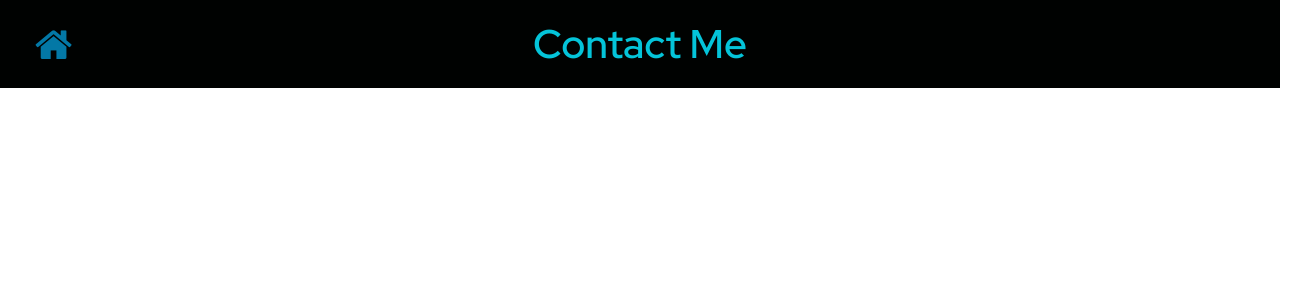
Repository: Brad000/Resume-project
Page: contact.html
The author's editor kept a record of every edit. The page is drawn from the files as they stood at one moment, then again after the next edit.
The browser window is 1280 px wide. The page is 1295 px wide, so the pictures cover 1295 px, including what lies to the right of the window. The pictures show the whole page.

Above is the page before.

### contact.html
<!DOCTYPE html>
<html lang="en">
<head>
    <meta charset="UTF-8">
    <meta name="viewport" content="width=device-width, initial-scale=1.0">
    <meta http-equiv="X-UA-Compatible" content="ie=edge">
    <link rel="stylesheet" href="https://stackpath.bootstrapcdn.com/bootstrap/4.3.1/css/bootstrap.min.css" type="text/css" />
    <link rel="stylesheet" href="https://stackpath.bootstrapcdn.com/font-awesome/4.7.0/css/font-awesome.min.css" type="text/css" />
    <link rel="stylesheet" href="assets/css/style.css" type="text/css" />
    <link rel="stylesheet" href="https://cdnjs.cloudflare.com/ajax/libs/hover.css/2.3.1/css/hover-min.css" type="text/css" />
    <title>Bradley Best - Full Stack Web Developer</title>
</head>
<body>
    <div class="row">
        <div class="col-12">
            <a id="contact-home" href="index.html"><i class="fa fa-home"></i></a><h1 class="contact-heading">Contact Me</h1>
        </div>
    </div>
</body>
</html>

### assets/css/style.css
@import url('https://fonts.googleapis.com/css?family=Red+Hat+Display:100,200,300,400,500,600,700');

/*-------------------Nav----------------------*/

.background {
  height: 100vh;
  width: 100%;
}

.nav-item {
  height: 70px;
  background-color: #000201;
  text-align: center;
  padding: 0;
}

.fa-home,
.fa-user,
.fa-archive,
.fa-briefcase {
  font-size: 25px;
  color: #0378A6;
  padding: 10px;
}

#nav-text {
  font-family: 'Red Hat Display', sans-serif;
  font-size: 12px;
  font-weight: 600;
  color: #0378A6;
  opacity: 1;
  cursor: pointer;
  text-decoration: none;
  transition: opacity 0.5s ease-in-out;
  -moz-transition: opacity 0.5s ease-in-out;
  -webkit-transition: opacity 0.5s ease-in-out;
  -o-transition: opacity 0.5s ease-in-out;
}

#nav-text:hover {
  opacity: 1;
}

#nav-link {
  text-decoration: none;
}

.landing-name {
  position: absolute;
  margin: 0;
  top: 40%;
  left: 50%;
  transform: translate(-50%, -50%);
  color: #fafafa;
  font-family: 'Red Hat Display', sans-serif;
  font-weight: 100;
  font-size: 26px;
}

.landing-text {
  position: absolute;
  top: 50%;
  left: 50%;
  transform: translate(-50%, -50%);
  color: #fafafa;
  font-family: 'Red Hat Display', sans-serif;
  font-weight: 400;
  font-size: 14px;
}


/*-------------------About Me-----------------*/

.about-me-container {
  background-color: #0378A6;
}

.about-me-text {
  padding-left: 15px;
  padding-right: 15px;
  font-family: 'Red Hat Display', sans-serif;
  color: #fafafa;
}

.main-headings {
  padding-top: 10px;
  padding-bottom: 25px;
  text-align: center;
  font-weight: 600;
  font-size: 40px;
}

.headings {
  padding-bottom: 10px;
  font-size: 25px;
  font-weight: 300;
}

.about-me-para {
  padding-bottom: 5px;
  font-size: 16px;
  line-height: 1.8em;
  font-weight: 100;
}

/*-------------------Skills-------------------*/

.skills-container {
  background-color: #fafafa
}

.skills-text {
  font-family: 'Red Hat Display', sans-serif;
  color: #0378a6;
  padding-left: 15px;
  padding-right: 15px;
}

.skills-heading {
  text-align: left;
  color: #0378a6;
  font-size: 25px;
  font-weight: 500;
  padding-top: 10px;
}

.fa-desktop,
.fa-cog,
.fa-book {
  padding-right: 10px;
  font-size: 28px;
}

.skills-para {
  padding-bottom: 30px;
  font-size: 16px;
  line-height: 1.8em;
  font-weight: 400;
}

@keyframes load {
  from {
    width: 0%
  }
}

@-webkit-keyframes load {
  from {
    width: 0%
  }
}

@-moz-keyframes load {
  from {
    width: 0%
  }
}

@-o-keyframes load {
  from {
    width: 0%
  }
}

.bar {
  background-color: #5f6366;
  padding: 0;
  border-radius: 5px;
  margin-bottom: 20px;
  font-size: 14px;
  color: #5f6366;
  font-weight: 300;
  font-family: 'Red Hat Display', sans-serif;
  text-shadow: 1px 1px 1px rgba(0, 0, 0, 0.5);
  margin-left: 20px;
  margin-right: 20px;
}

.bar::before {
  content: attr(data-skill);
  background-color: #04C4D9;
  display: inline-block;
  padding: 5px 0 5px 10px;
  border-radius: inherit;
  animation: load 2s 0s;
  -webkit-animation: load 2s 0s;
  -moz-animation: load 2s 0s;
  -o-animation: load 2s 0s;
}

.bar.front::before {
  background-color: #90ccf4;
}

.bar.back::before {
  background-color: #5da2d5;
}

.bar.learning::before {
  background-color: #f78888;
}

.bar.learning::before {
  width: calc(20% - 10px);
}

.bar.basic::before {
  width: calc(40% - 10px);
}

.bar.intermediate::before {
  width: calc(60% - 10px);
}

.bar.advanced::before {
  width: calc(70% - 10px);
}

.bar.expert::before {
  width: calc(90% - 10px);
}

/*---------------Work History------------------*/

.work-history-container {
  background-color: #fafafa
}

.work-headings {
  font-family: 'Red Hat Display', sans-serif;
  color: #0378a6;
  padding-left: 15px;
  padding-right: 15px;
}

.timeline-item {
  padding: 4em 2em 0em 2em;
  position: relative;
  color: #0378a6;
  border-left: 3px solid;
  margin-left: 30px;
  font-family: 'Red Hat Display', sans-serif;
}

.timeline-item p {
  padding: 0;
  margin: 0;
}

.timeline-item:before {
  content: attr(data-dates);
  position: absolute;
  left: 2.5em;
  top: 3em;
  display: block;
  font-family: 'Red Hat Display', sans-serif;
  font-weight: 500;
  font-size: 0.8em;
  padding: 0;
  margin: 0;
}

.timeline-item:after {
  width: 14px;
  height: 14px;
  display: block;
  top: 2.4em;
  position: absolute;
  left: -8px;
  border-radius: 12px;
  content: ' ';
  background: #0378a6;
}

.history-items {
  margin-bottom: 55px;
}

#work-link {
  color: #0378a6;
}

/*-------------------Why Web-------------------*/

.why-web-container {
  background-color: #0378A6;
}

.why-headings {
  padding-left: 15px;
  padding-right: 15px;
  padding-bottom: 65px;
  font-family: 'Red Hat Display', sans-serif;
  color: #fafafa;
}

.why-para {
  font-family: 'Red Hat Display', sans-serif;
  padding-left: 20px;
  padding-right: 20px;
  padding-bottom: 5px;
  font-size: 18px;
  line-height: 1.9em;
  font-weight: 100;
  color: #fafafa;
}

.quote {
  font-family: 'Red Hat Display', sans-serif;
  font-size: 18px;
  line-height: 1.8em;
  font-weight: 600;
  color: #fafafa;
  padding-bottom: 5px;
  padding-top: 70px;
  padding-left: 20px;
  padding-right: 20px;
}

/*---------------Project Portfolio------------*/

.project-heading {
  font-family: 'Red Hat Display', sans-serif;
  color: #0378A6;
  padding-bottom: 40px;
}

.card-deck {
  margin: 0;
  padding-bottom: 20px;
  padding-left: 10px;
  padding-right: 10px;
  font-family: 'Red Hat Display', sans-serif;
  color: #0378a6;
}

.card-title {
  font-size: 24px;
  font-weight: 500;
}

.card-text {
  font-size: 18px;
  font-weight: 400;
}

.card-img-top {
  max-height: 190px;
}

.project-bg {
  background-color: #000201;
}

.card {
  background-color: transparent;
  border: 3px solid #04c4d9;
  opacity: 0.9;
   transition: opacity 0.5s ease-in-out;
  -moz-transition: opacity 0.5s ease-in-out;
  -webkit-transition: opacity 0.5s ease-in-out;
  -o-transition: opacity 0.5s ease-in-out;
}

.card-button {
  background-color: #000201;
  color: #04c4d9;
  font-weight: 500;
  border: 2px solid #04c4d9;
}

.card-button:hover {
  background-color: #04c4d9;
  color: #000201;
  border: 2px solid #000201;
}

.card:hover {
  opacity: 1;
}

/*-------------------Contact Me-------------------*/

.contact-heading {
  font-family: 'Red Hat Display', sans-serif;
  text-align: center;
  font-weight: 600;
  color: #04c4d9;
  background-color: #000201;
  padding-top: 20px;
  padding-bottom: 20px;

}

#contact-home {
  position: absolute;
  padding-top: 20px;
  padding-bottom: 20px;
  padding-left: 30px;
}



/*-------------------Footer-------------------*/

footer {
  background-color: #000201;
  color: #0378A6;
  min-height: 120px;
  margin: 0;
  font-size: 18px;
  font-family: 'Red Hat Display', sans-serif;
  font-weight: 300;

}

.sub-headings {
  padding-top: 10px;
  text-decoration: underline;
}

.contact-button {
  width: 130px;
  border: 0;
  height: 40px;
  margin-left: 0;
  margin-top: 10px;
  margin-bottom: 10px;
  text-align: center;
  font-size: 18px;
  color: #fafafa;
  background: #474b4f;
  transition: background 0.5s ease-in-out;
  -moz-transition: background 0.5s ease-in-out;
  -webkit-transition: background 0.5s ease-in-out;
  -o-transition: background 0.5s ease-in-out;
}

.contact-button:hover {
  background-color: #04C4D9;
}

.personal-info-text {
  margin: 0;
  font-size: 14px;
  font-weight: 200;
}

.cv-link {
  margin-left: 5px;
  font-size: 16px;
  color: #0378A6;
  transition: color 0.5s ease-in-out;
  -moz-transition: color 0.5s ease-in-out;
  -webkit-transition: color 0.5s ease-in-out;
  -o-transition: color 0.5s ease-in-out;
}

.cv-link:hover {
  color: #025E73;
  cursor: pointer;
}

.social-links a {
  color: #474b4f;
  font-size: 35px;
  padding: 5px;
  transition: color 0.5s ease-in-out;
  -moz-transition: color 0.5s ease-in-out;
  -webkit-transition: color 0.5s ease-in-out;
  -o-transition: color 0.5s ease-in-out;
}

.social-links a:hover {
  color: #04C4D9;
}

/*----------------Media Queries---------------*/

@media(min-width: 575px) {
  .contact-button {
    margin-top: 40px;
    margin-left: 20px;
  }
}

@media(min-width: 575px) {
  .fa-home,
  .fa-user,
  .fa-archive,
  .fa-briefcase {
    font-size: 40px;
    padding: 5px;
  }
}

@media(min-width: 575px) {
  #nav-text {
    opacity: 0;
    font-size: 14px;
  }
}

@media(min-width: 374px) {
  .landing-name {
    font-size: 33px;
  }
  .landing-text {
    font-size: 16px;
  }
}

@media(min-width: 767px) {
  .landing-name {
    font-size: 60px;
    padding-bottom: 15px;
  }
  .landing-text {
    font-size: 30px;
  }
}

@media(min-width: 1024px) {
  .landing-name {
    font-size: 80px;
  }
  .landing-text {
    font-size: 40px;
  }
}

@media(min-width: 1024px) {
  .card-img-top {
    min-height: 270px;
  }
}

@media(min-width: 1025px) {
  .card {
    opacity: 0.3;
  }
}

After the next edit:
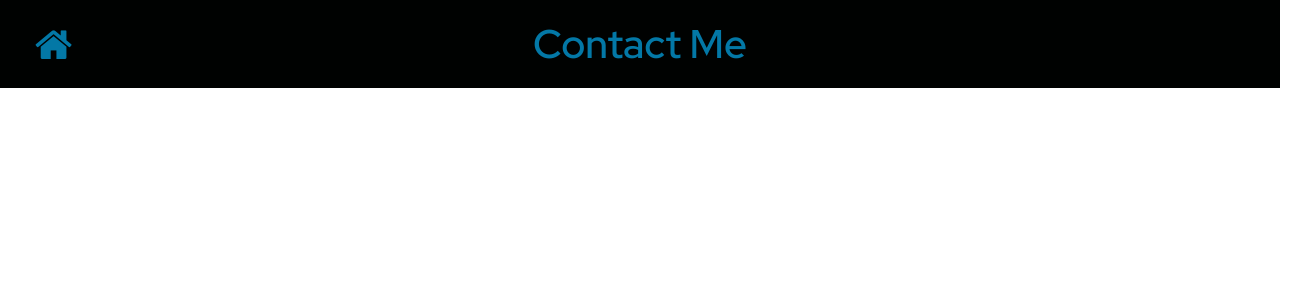
The edit:
--- a/assets/css/style.css
+++ b/assets/css/style.css
@@ -385,7 +385,7 @@
   font-family: 'Red Hat Display', sans-serif;
   text-align: center;
   font-weight: 600;
-  color: #04c4d9;
+  color: #0378a6;
   background-color: #000201;
   padding-top: 20px;
   padding-bottom: 20px;
